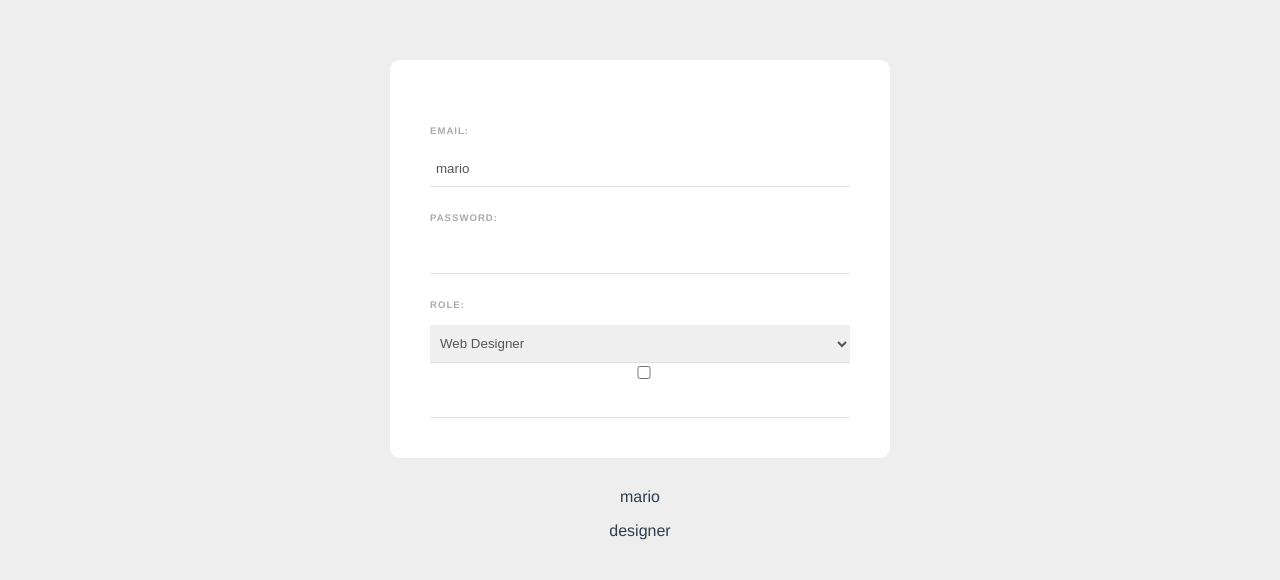
Repository: pin-seavmuy/Vue-Js
Page: /
The author's editor kept a copy of each file at every save. The page is drawn from the files as they stood at one save, then again after a run of saves.
The browser window is 1280 px wide. The pictures show the whole page.
The project was rebuilt for these pictures with package versions that can differ from the ones it lists, and the page was loaded fresh each time. Also part of the build but not shown: vue.config.js.

Above is the page before, as saved 2023-11-15 23:49:08.

After the next 2 saves:
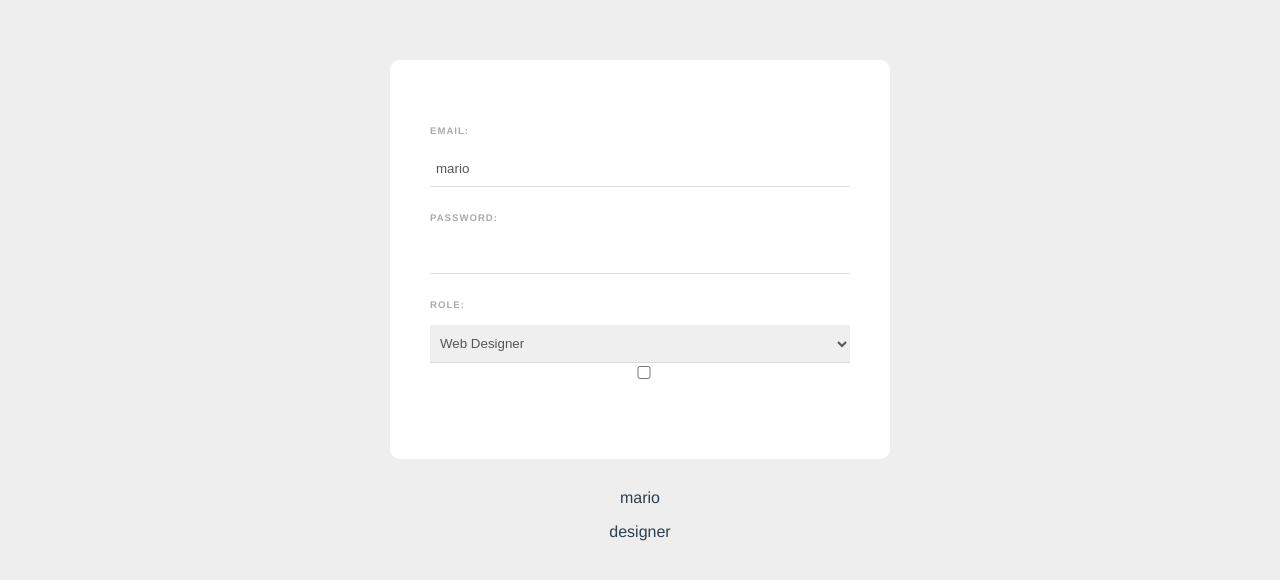
The 2 saves are shown as one change because they came seconds apart.
The last was saved 7 s later.
--- a/src/components/SignupForm.vue
+++ b/src/components/SignupForm.vue
@@ -14,7 +14,7 @@
 
         <div class="terms">
             <input type="checkbox" required>
-            <input>
+            <label></label>
         </div>
   </form>
 
